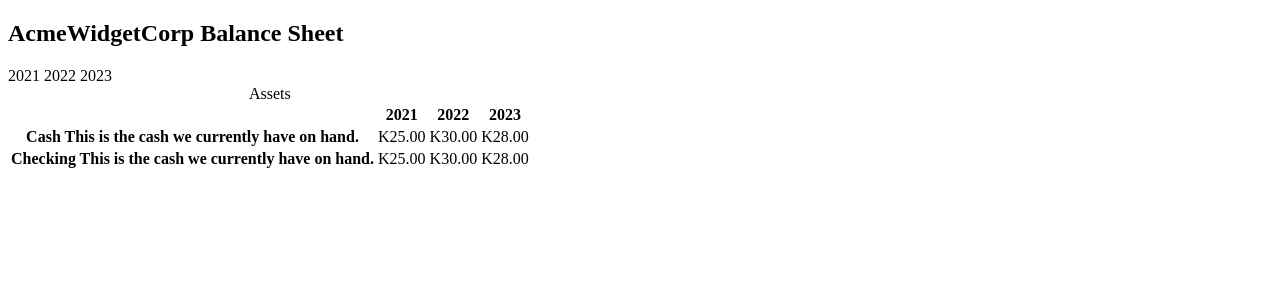
Repository: Lungdjos/balance_shee
Page: index.html
An editor plug-in stored every save of this project. The page is shown before and after the next save, followed by the edit.
The browser window is 1280 px wide. The pictures show the whole page.

Above is the page before, as saved 2023-10-31 08:49:15.

After the next save:
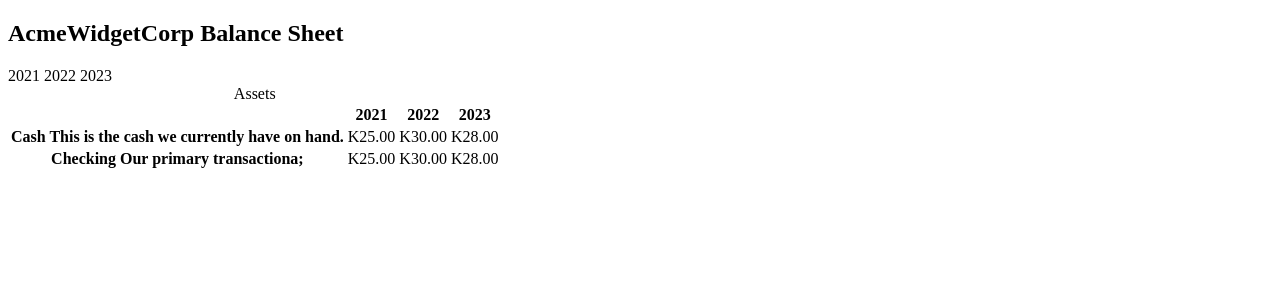
Saved 16 s later.
--- a/index.html
+++ b/index.html
@@ -44,7 +44,7 @@
                         </tr>
                         <tr class="data">
                             <th>
-                                Checking <span class="description">This is the cash we currently have on hand.</span>
+                                Checking <span class="description">Our primary transactiona;</span>
                             </th>
                             <td>K25.00</td>
                             <td>K30.00</td>
